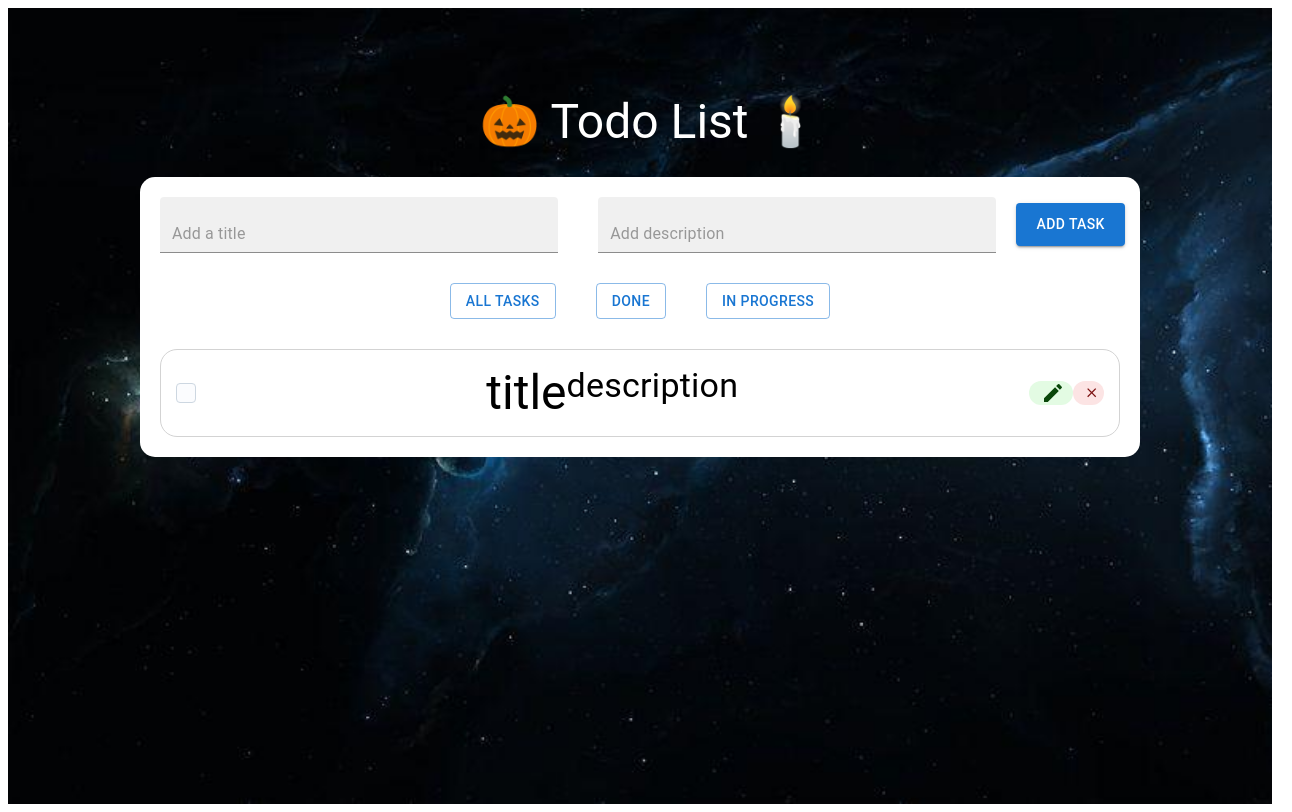
Repository: Tracy-maker/TodoList
Page: /
An editor plug-in stored every save of this project. The page is shown before and after the next save, followed by the edit.
The browser window is 1280 px wide. The page is 1292 px wide, so the pictures cover 1292 px, including what lies to the right of the window. The pictures show the whole page.
The project was rebuilt for these pictures with package versions that can differ from the ones it lists, and the page was loaded fresh each time. Also part of the build but not shown: src/components/TaskEdit.js.

Above is the page before, as saved 2023-09-20 20:12:24.

After the next save:
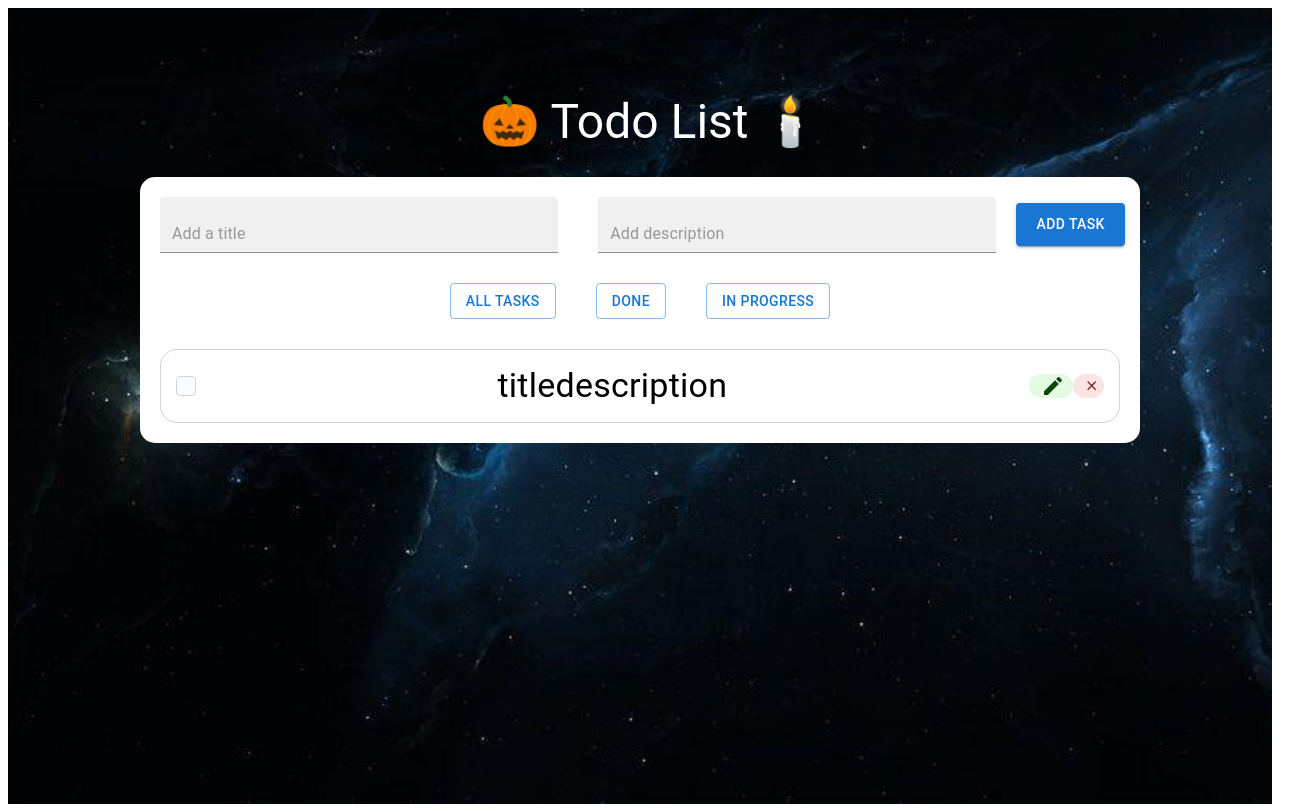
Saved 6 s later.
--- a/src/components/TaskShow.js
+++ b/src/components/TaskShow.js
@@ -68,7 +68,7 @@ function TaskShow(props) {
     <TaskItem>
       <Checkbox onChange={handleCheckboxChange} />
       <TaskContent>
-        <TaskInformation variant="h3">title</TaskInformation>
+        <TaskInformation variant="h4">title</TaskInformation>
         <TaskInformation variant="h4">description</TaskInformation>
       </TaskContent>
 
